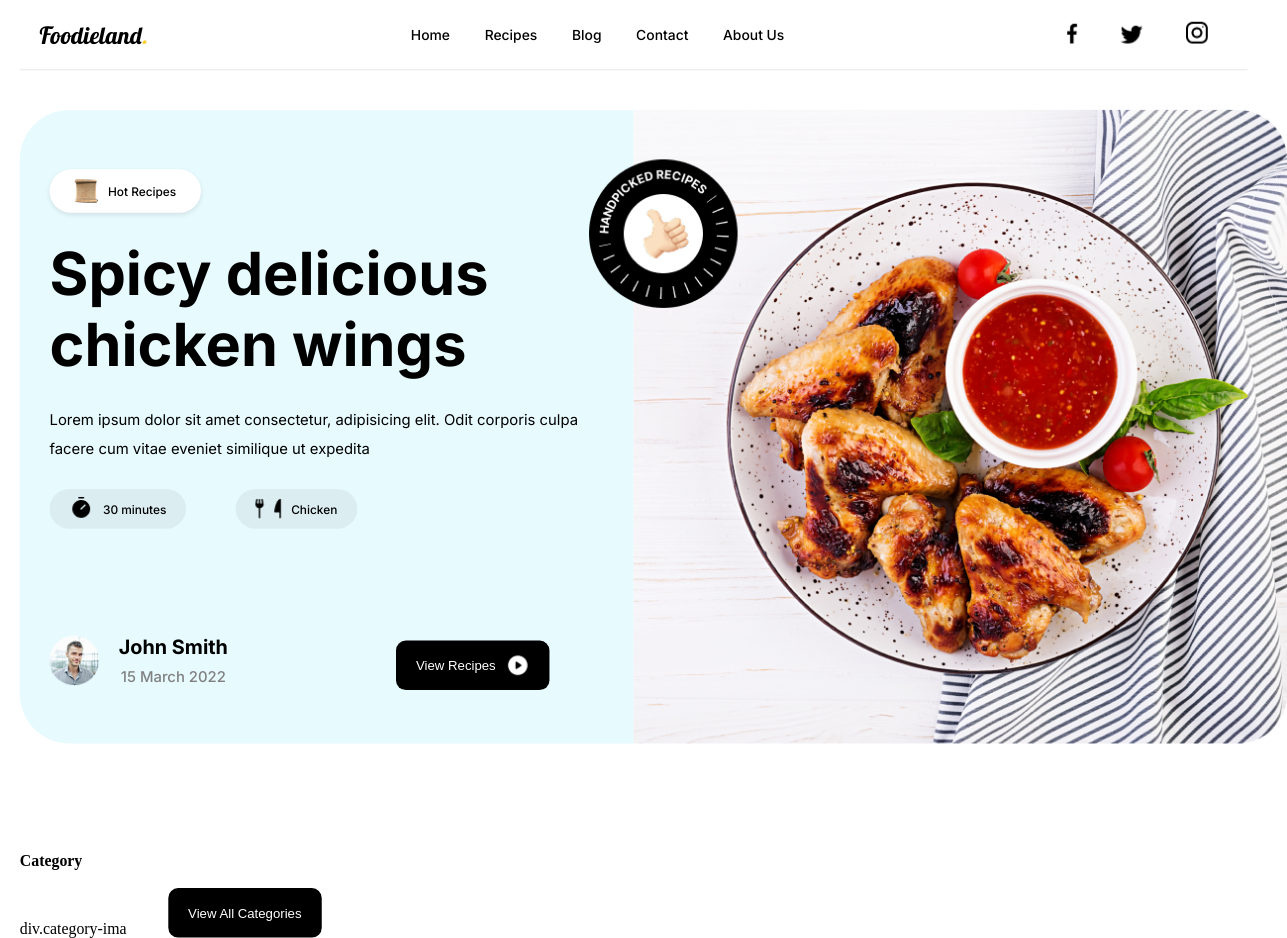
Repository: SolomonChinonso/Advanced-html-and-css-project
Page: index.html
The author's editor kept a copy of each file at every save. The page is drawn from the files as they stood at one save, then again after a run of saves.
The browser window is 1280 px wide. The page is 1300 px wide, so the pictures cover 1300 px, including what lies to the right of the window. The pictures show the whole page, at 99% of full size.

Above is the page before, as saved 2026-04-16 15:00:56.

After the next 3 saves:
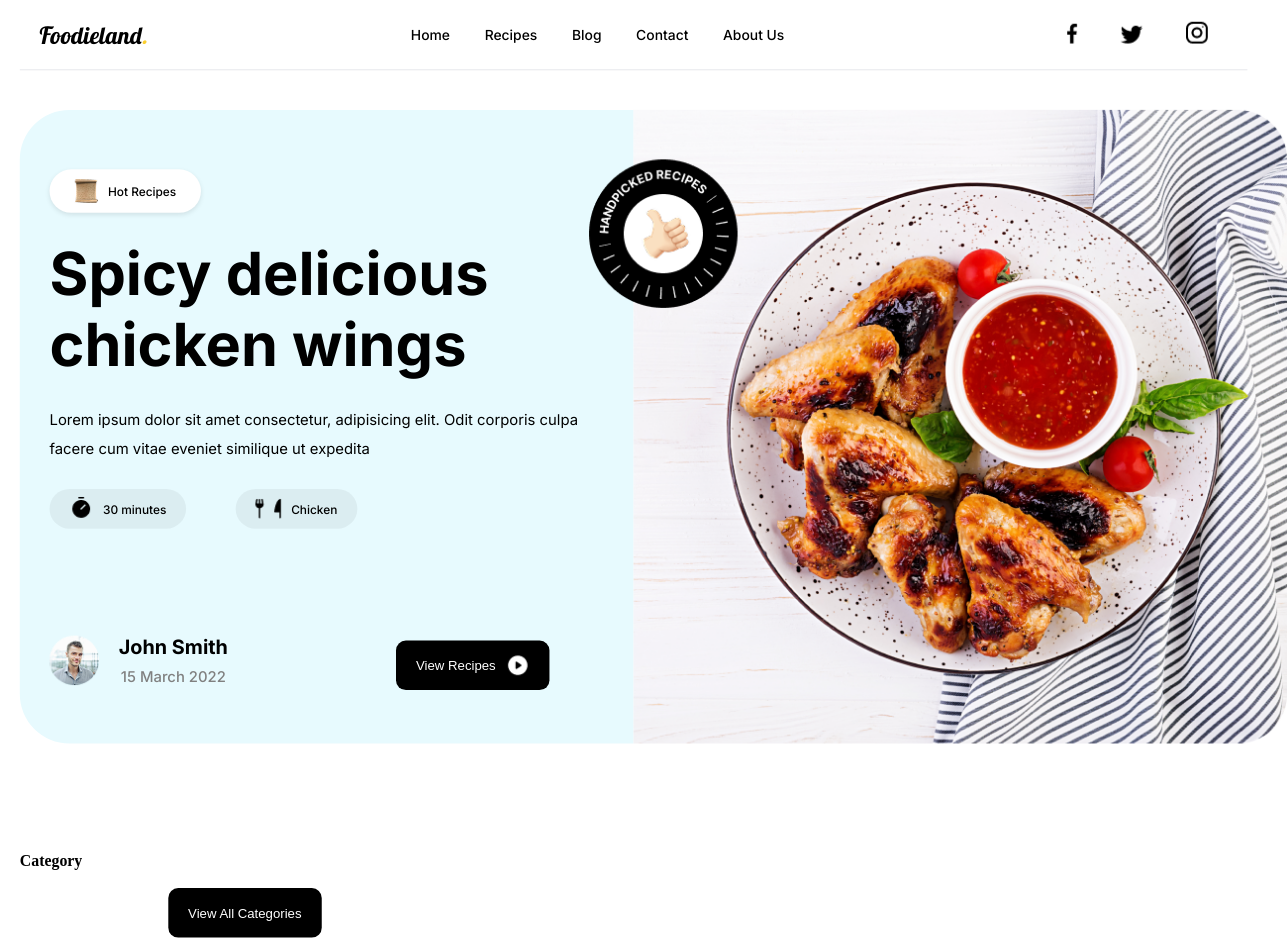
The 3 saves are shown as one change because they came seconds apart.
The last was saved 8 s later.
--- a/index.html
+++ b/index.html
@@ -76,7 +76,9 @@
             <h4>Category</h4>
             <button>View All Categories</button>
         </div>
-        div.category-ima
+        <div class="category-images">
+
+        </div>
     </section>
 </body>
 </html>
